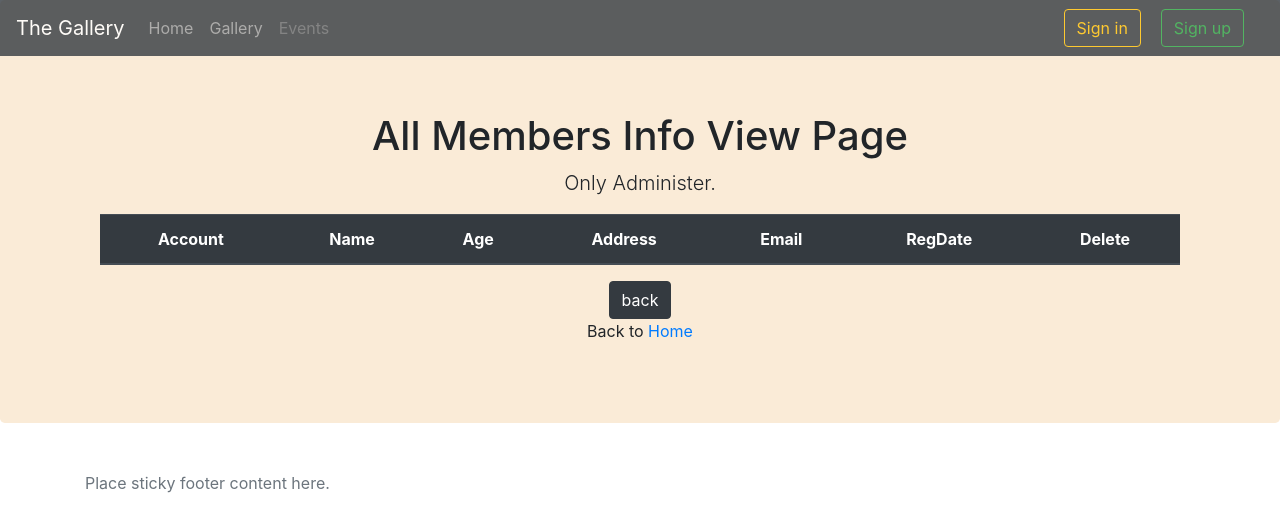
Repository: caramelsyrup/SpringProject1
Page: http://localhost/gallery/WEB-INF/views/member/allmember.jsp
The author's editor kept a copy of each file at every save. The page is drawn from the files as they stood at one save, then again after the next save.
The browser window is 1280 px wide. The pictures show the whole page.
The page is served by Tomcat 9. Nobody is signed in. The template is opened directly, without the code that normally fills it, so the values that code supplies are empty.

Above is the page before, as saved 2020-11-22 14:54:32.

After the next save:
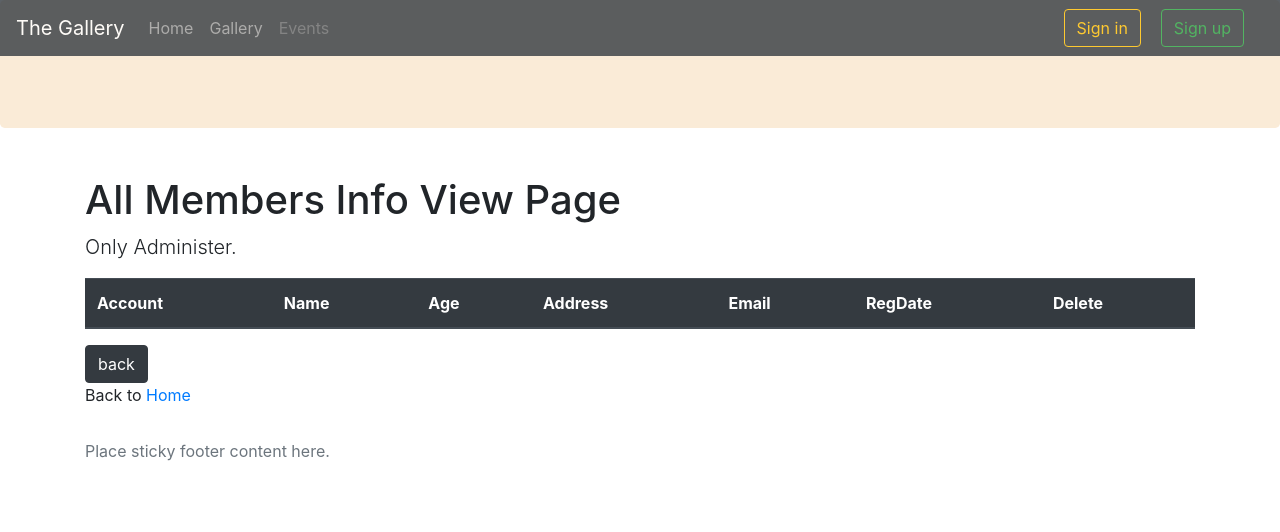
Saved 16 s later.
--- a/gallery/src/main/webapp/WEB-INF/views/member/allmember.jsp
+++ b/gallery/src/main/webapp/WEB-INF/views/member/allmember.jsp
@@ -11,6 +11,9 @@
 <main role="main" class="flex-shrink-0">
 <section class="jumbotron text-center" style="background-color: #FAEBD7">
      <div class="container">
+
+     </div>
+     </section>
   <div class="container" >
     <h1 class="mt-5">All Members Info View Page</h1>
     <p class="lead">Only Administer.</p>
